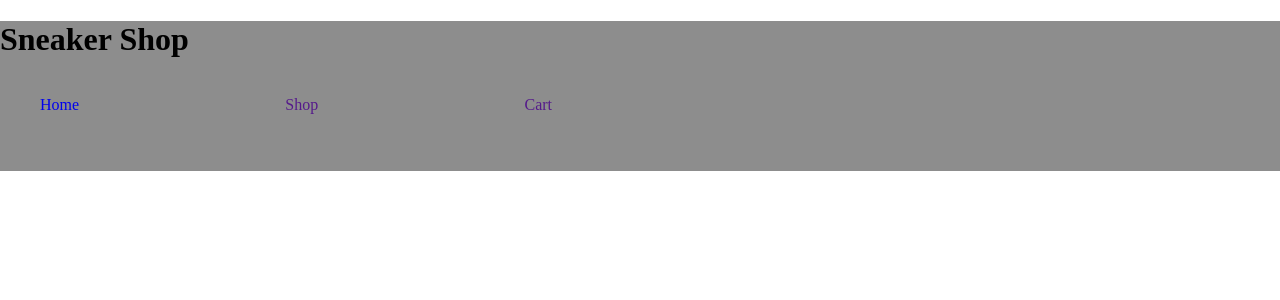
Repository: Siphamandla201/SneakerEcom
Page: products.html
An editor plug-in stored every save of this project. The page is shown before and after a run of saves, followed by the edit.
The browser window is 1280 px wide. The pictures show the whole page.

Above is the page before, as saved 2023-08-17 16:10:19.

After the next 2 saves:
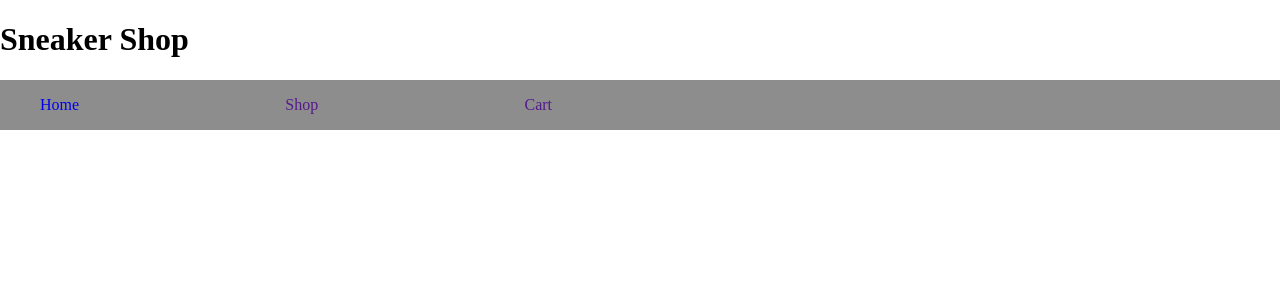
The 2 saves are shown as one change because they came seconds apart.
The last was saved 21 s later.
--- a/products.html
+++ b/products.html
@@ -15,12 +15,13 @@
         header {
             height: 150px;
             width: 100vw;
-            background-color:#8d8d8d;
+
         }
 
         nav {
             display: flex;
             justify-content: space-between;
+            background-color:#8d8d8d;
         }
 
         ul {
